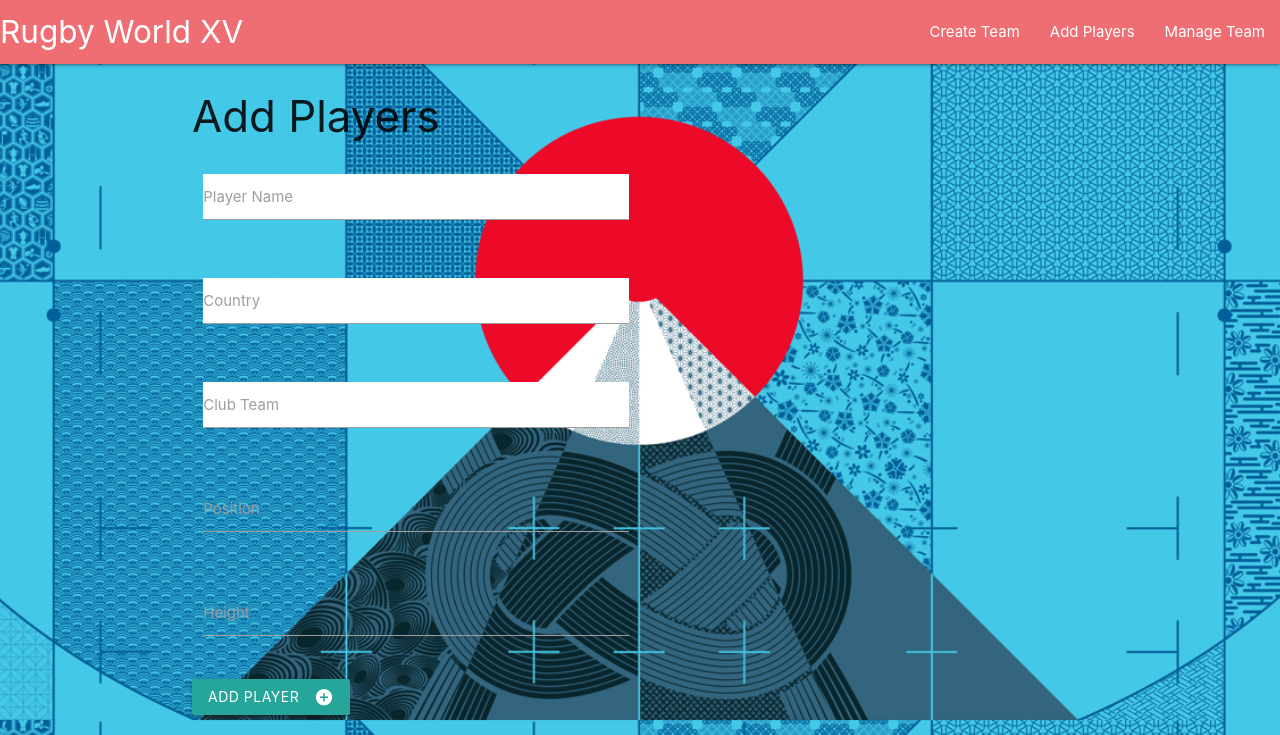
Repository: StephenWhittington/rugby-world-xv
Page: http://localhost/new_team
The author's editor kept a record of every edit. The page is drawn from the files as they stood at one moment, then again after the next edit.
The browser window is 1280 px wide. The pictures show the whole page.
Backgrounds fixed to the window are drawn as part of the page. The page is served by the project's application, run on Flask 3 (app.py). Queries for data that is not in the repository find no rows.

Above is the page before.

After the next edit:
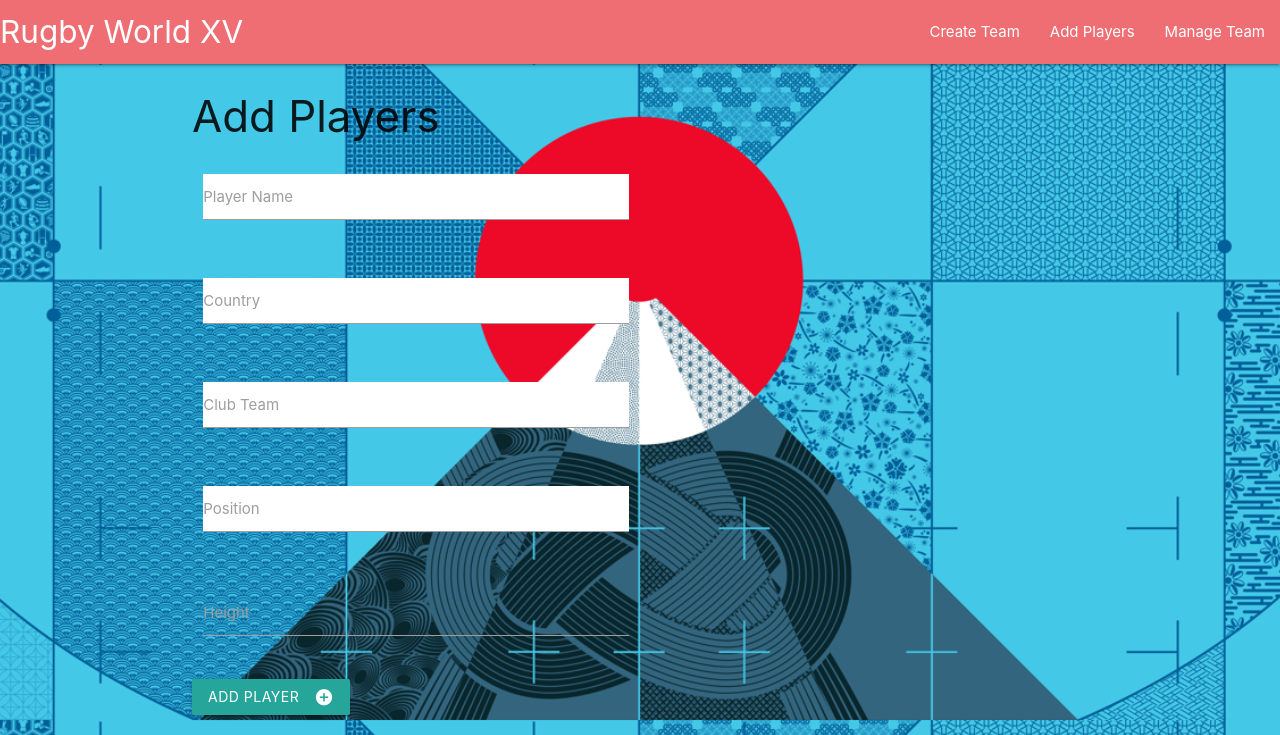
The edit:
--- a/static/css/style.css
+++ b/static/css/style.css
@@ -33,3 +33,7 @@
 #club_team {
     background-color: white;
 }
+
+#position {
+    background-color: white;
+}
